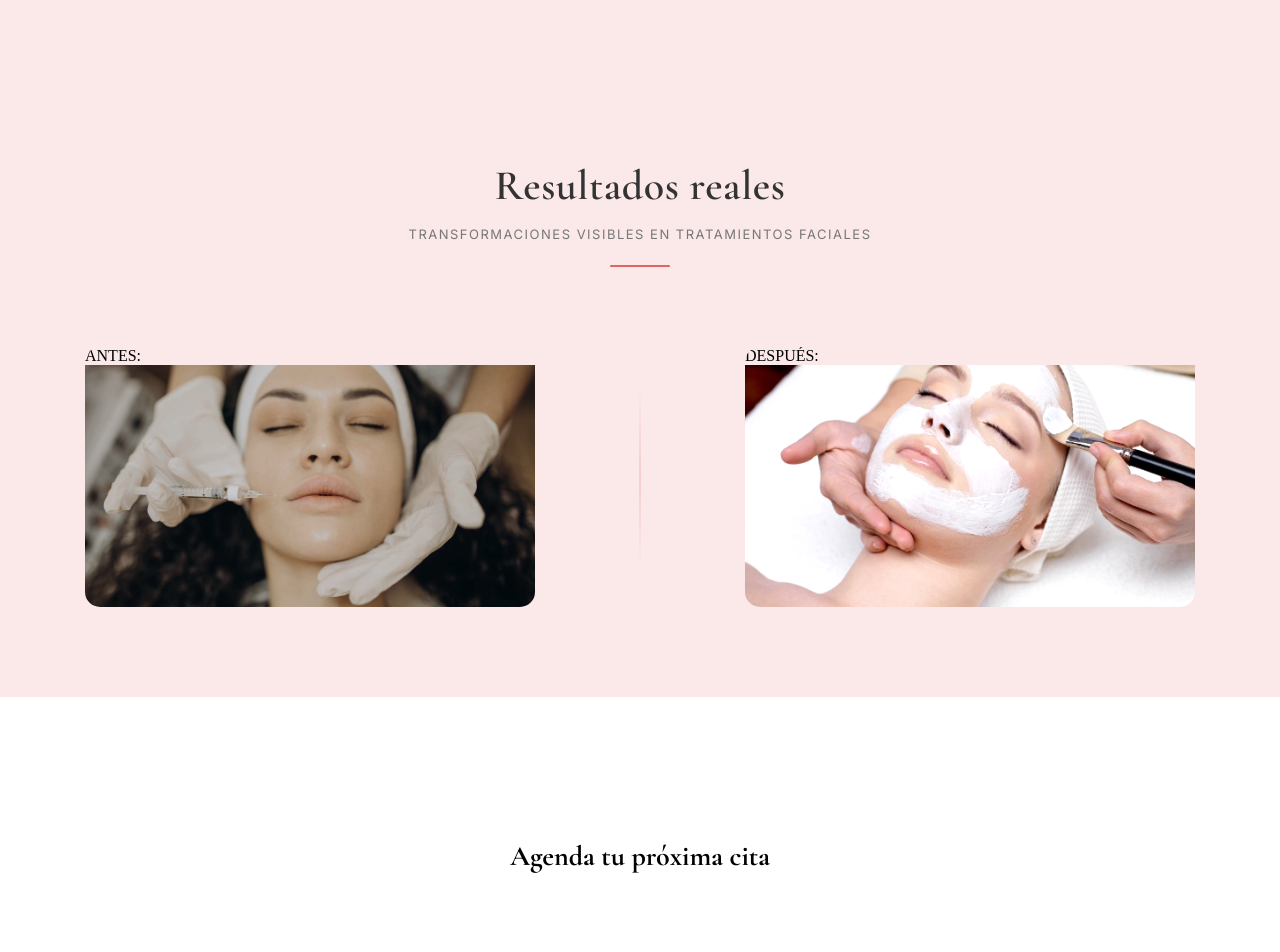
Repository: thiagobal1891-sudo/paginaweb
Page: index.html
These files come from the project's save history. The page is drawn as it stood at one moment and after the next save; the edit follows.
The browser window is 1280 px wide. The pictures show the part of the page from y = 1773 to 2725 px (the page is 3729 px tall).
Pictures or frames that could not be fetched are drawn as grey boxes. Some web fonts or font styles are not loaded; a fallback is used.

Above is the page before, as saved 2026-03-10 21:43:39.
Console error: ReferenceError: emailjs is not defined

### index.html
<!DOCTYPE html>
<html lang="es">

<head>
  <meta charset="UTF-8">
  <meta name="viewport" content="width=device-width, initial-scale=1.0">
  <title>Fabiana Cosmetóloga</title>

  <!-- 🎨 Estilos locales -->
  <link rel="stylesheet" href="css/style.css">

  <!-- 🪶 Tipografías -->
  <link rel="preconnect" href="https://fonts.googleapis.com">
  <link rel="preconnect" href="https://fonts.gstatic.com" crossorigin>
  <link
    href="https://fonts.googleapis.com/css2?family=Melodrama:wght@400;500;600;700&family=Inter:wght@100..900&family=Poppins:wght@100..900&family=Cormorant+Garamond:wght@300..700&display=swap"
    rel="stylesheet">

  <!-- ⭐ Font Awesome -->
  <link rel="stylesheet" href="https://cdnjs.cloudflare.com/ajax/libs/font-awesome/6.5.0/css/all.min.css"
    crossorigin="anonymous" referrerpolicy="no-referrer" />
</head>

<body>
  <header>
    <div class="container">
      <a href="/" class="logo">
        <img src="media/logo.png" alt="Logo de la marca">
      </a>
      <nav>
        <a href="pages/servicios.html">SERVICIOS</a>
        <a href="pages/agenda.html">AGENDA</a>
        <a href="pages/info.html">INFO</a>
        <a href="pages/contacto.html">CONTACTO</a>
      </nav>
    </div>
  </header>

  <section id="hero" class="appear">
    <h1>Mejora tu piel</h1>
    <form action="#agenda-ya">
      <button>AGENDATE</button>
    </form>
  </section>


  <section id="Tratamientos" class="appear">
  <div class="container">
<div class="section-title">
  <h2>Tratamientos</h2>
  <p>Cuidado profesional para tu piel</p>
</div>
    <div class="carousel-wrapper">

      <div class="arrow left">&#10094;</div>
      <div class="carta-tratamientos">

        <div class="carta">
          <h3>PEELING QUIMICO</h3>
          <p class="info_carta">El peeling químico es un tratamiento estético que utiliza sustancias especiales para exfoliar la piel de forma controlada.
          Ayuda a eliminar células muertas, mejorar la textura, atenuar manchas, marcas de acné y líneas finas, dejando la piel más uniforme, luminosa y renovada.
          <br>Es un procedimiento seguro, que realizado por un profesional y se adapta según el tipo de piel y la necesidad de cada persona.</p>
          <h3>Beneficios:</h3>
          <ul>•Elimina manchas</ul>
          <ul>•Empareja el tono y textura de la piel</ul>
          <ul>•Elimina arrugas finas</ul>
          <ul>•Minimiza surcos y líneas de expresión</ul>
          <ul>•Minimiza y elimina cicatrices, marcas y estrías</ul>
          <ul>•Reduce el tamaño de los poros ganando luminosidad y mejorando la hidratación</ul>
        </div>

        <div class="carta">
          <h3>DERMAPLANING</h3>
          <p class="info_carta">El dermaplaning es un tratamiento estético que consiste en exfoliar la capa superficial de la piel utilizando una herramienta especial y estéril. El procedimiento elimina células muertas y el vello fino del rostro, dejando la piel más suave, luminosa y uniforme.
          Es un tratamiento indoloro, no invasivo y apto para la mayoría de los tipos de piel. <br> Además, mejora la absorción de productos y potencia los resultados de otros tratamientos faciales.</p>
                  <h3>Beneficios:</h3>
                  <ul>•Mejora la textura y suavidad de la piel</ul>
                  <ul>•Aporta mayor luminosidad inmediata</ul>
                  <ul>•Favorece una mejor absorción de cosméticos</ul>
                  <ul>•Ayuda a atenuar líneas finas superficiales</ul>
                  <ul>•Permite que el maquillaje se vea más uniforme</ul>
        </div>

        <div class="carta">
          <h3>RADIOFRECUENCIA</h3>
                  <p class="info_carta">La radiofrecuencia facial es un tratamiento estético no invasivo que utiliza ondas electromagnéticas para generar calor en las capas profundas de la piel. Este calor estimula la producción natural de colágeno y elastina, ayudando a mejorar la firmeza y elasticidad del rostro.
                  <br>Es un procedimiento seguro y confortable, ideal para combatir la flacidez y los signos del envejecimiento sin necesidad de cirugía ni tiempo de recuperación.</p>
                  <h3>Beneficios:</h3>
                  <ul>•Mejora la firmeza y tonicidad de la piel</ul>
                  <ul>•Estimula la producción de colágeno</ul>
                  <ul>•Reduce la apariencia de arrugas y líneas de expresión</ul>
                  <ul>•Mejora el contorno facial</ul>
                  <ul>•Aporta un efecto tensor progresivo y natural</ul>
        </div>

        <div class="carta">
          <h3>ALTA FRECUENCIA</h3>
                  <p class="info_carta">La alta frecuencia es un tratamiento estético que utiliza corrientes eléctricas suaves para oxigenar la piel, estimular la circulación y mejorar su aspecto general. Se aplica mediante un electrodo de vidrio que produce una leve chispa controlada, generando un efecto bactericida y descongestivo.
                  <br>Es especialmente recomendado para pieles con acné, exceso de grasa o poros dilatados, ya que ayuda a purificar y equilibrar la piel sin causar molestias.</p>
                  <h3>Beneficios:</h3>
                  <ul>•Tiene efecto bactericida, ideal para pieles acneicas</ul>
                  <ul>•Reduce la inflamación y enrojecimiento</ul>
                  <ul>•Mejora la circulación y oxigenación de la piel</ul>
                  <ul>•Ayuda a cicatrizar pequeñas lesiones</ul>
                  <ul>•Regula el exceso de grasa y cierra los poros</ul>
        </div>

        <div class="carta">
          <h3>MICRODERMOABRASIÓN</h3>
                  <p class="info_carta">La microdermoabrasión es un tratamiento estético que exfolia la piel de manera mecánica y controlada, eliminando células muertas de la capa superficial. Se realiza con un equipo especializado que ayuda a renovar la piel y estimular la regeneración celular.
                  <br>Es un procedimiento no invasivo, seguro y apto para distintos tipos de piel, ideal para mejorar la textura, luminosidad y apariencia general del rostro.</p>
                  <h3>Beneficios:</h3>
                  <ul>•Elimina células muertas y renueva la piel</ul>
                  <ul>•Mejora la textura y suavidad del rostro</ul>
                  <ul>•Atenúa manchas superficiales y marcas leves de acné</ul>
                  <ul>•Reduce la apariencia de poros dilatados</ul>
                  <ul>•Estimula la regeneración celular y aporta luminosidad</ul>
        </div>

        <div class="carta">
          <h3>DERMAPEN</h3>
                  <p class="info_carta">El Dermapen es un tratamiento estético que utiliza un dispositivo con microagujas para realizar pequeñas punciones controladas en la piel. Estas microperforaciones estimulan la producción natural de colágeno y elastina, favoreciendo la regeneración y mejorando la calidad de la piel.
                  <br>Es un procedimiento mínimamente invasivo que <br> se adapta según la necesidad de cada persona, y puede aplicarse en rostro y otras zonas para tratar diferentes imperfecciones.</p>
                  <h3>Beneficios:</h3>
                  <ul>•Estimula la producción de colágeno y elastina</ul>
                  <ul>•Mejora la textura y firmeza de la piel</ul>
                  <ul>•Atenúa cicatrices de acné y marcas</ul>
                  <ul>•Reduce líneas finas y arrugas</ul>
                  <ul>•Mejora la apariencia de manchas y poros dilatados</ul>
        </div>

                <div class="carta">
          <h3>ELECTROPORACIÓN</h3>
                  <p class="info_carta">La electroporación es un tratamiento estético no invasivo que utiliza impulsos eléctricos suaves para facilitar la penetración de principios activos en las capas más profundas de la piel, sin necesidad de agujas. Este proceso mejora la absorción de nutrientes, vitaminas y ácido hialurónico, potenciando los resultados del tratamiento.
                  <br>Es una técnica indolora y segura, ideal para revitalizar la piel y mejorar su aspecto de manera efectiva.</p>
                  <h3>Beneficios:</h3>
                  <ul>•Favorece la penetración profunda de activos</ul>
                  <ul>•Mejora la hidratación y nutrición de la piel</ul>
                  <ul>•Aporta mayor luminosidad y vitalidad</ul>
                  <ul>•Potencia los resultados de otros tratamientos</ul>
                  <ul>•Es un procedimiento no invasivo y sin tiempo de recuperación</ul>
        </div>
      </div>
      <div class="arrow right">&#10095;</div>
    </div>
  </div>
  </section>

  <section id="infocosmet" class="appear">
    <div class="carousel_infocosmet">
<div class="section-title">
  <h2>Resultados reales</h2>
  <p>Transformaciones visibles en tratamientos faciales</p>
</div>
<div class="carousel-track">
  <div class="slide">
    <div class="img-wrapper">
      <span class="label top">ANTES:</span>
      <img src="media/Tratamientos-2.jpg" alt="">

    </div>
    <div class="img-wrapper">
      <span class="label bottom">DESPUÉS:</span>
      <img src="media/Tratamientos-3.jpg" alt="">

    </div>
  </div>

  <div class="slide">
    <div class="img-wrapper">
      <span class="label top">ANTES:</span>
      <img src="media/Tratamientos-2.jpg" alt="">

    </div>
    <div class="img-wrapper">
      <span class="label bottom">DESPUÉS:</span>
      <img src="media/Tratamientos-3.jpg" alt="">

    </div>
  </div>

  <div class="slide">
    <div class="img-wrapper">
        <span class="label top">ANTES:</span>
      <img src="media/Tratamientos-2.jpg" alt="">

    </div>
    <div class="img-wrapper">
      <span class="label bottom">DESPUÉS:</span>
      <img src="media/Tratamientos-3.jpg" alt="">

    </div>
  </div>

    <div class="slide">
    <div class="img-wrapper">
          <span class="label top">ANTES:</span>
      <img src="media/Tratamientos-2.jpg" alt="">

    </div>
    <div class="img-wrapper">
      <span class="label bottom">DESPUÉS:</span>
      <img src="media/Tratamientos-3.jpg" alt="">

    </div>
  </div>

<div class="slide">
  <div class="img-wrapper">
    <span class="label top">ANTES:</span>
    <img src="media/Tratamientos-2.jpg" alt="">
  </div>

  <div class="img-wrapper">
    <span class="label bottom">DESPUÉS:</span>
    <img src="media/Tratamientos-3.jpg" alt="">
  </div>
</div>
  </div>

</div>
</div>
  </section>








  <section id="agenda-ya" class="appear">
    <h2>Agenda tu próxima cita</h2>
      <iframe
    src="https://calendar.google.com/calendar/appointments/schedules/AcZssZ2eKdgVxdvbgrkUTVsqOwalHssheLS5kVcqAfOLuK-u68fTKpPQHXKQoJWOc8hcPsaKt-rAaWGU?gv=true"
    style="border: 0"
    width="100%"
    height="600"
    frameborder="0">
  </iframe>
<div id="google-calendar-button"></div>

</section>






<footer class="footer">
  <div class="footer-container">

    <!-- Marca -->
    <div class="footer-brand">
      <h3>Fabiana Cosmetóloga</h3>
      <p>Cuidado profesional para tu piel</p>
    </div>

    <!-- Links internos -->
    <div class="footer-links">
      <a href="../index.html">Inicio</a>
      <a href="pages/servicios.html">Servicios</a>
      <a href="pages/agenda.html">Agenda</a>
      <a href="pages/info.html">Info</a>
      <a href="pages/contacto.html">Contacto</a>
    </div>

    <!-- Redes -->
    <div class="footer-social">
      <a href="https://wa.me/59894623252" target="_blank">
        <i class="fa-brands fa-whatsapp"></i>
      </a>
      <a href="https://www.instagram.com/fabicosmetologa" target="_blank">
        <i class="fa-brands fa-instagram"></i>
      </a>
    </div>

  </div>

  <div class="footer-bottom">
    <p>© 2026 Fabiana Cosmetóloga · Todos los derechos reservados</p>
  </div>
</footer>

  <!-- 📧 EmailJS -->
  <script src="https://cdn.jsdelivr.net/npm/emailjs-com@3/dist/email.min.js"></script>

  <!-- 🧠 Archivo JS externo -->
  <script src="script.js" defer></script>

<a href="https://wa.me/59894623252" class="whatsapp-float" target="_blank">
<i class="fa-brands fa-whatsapp"></i>
</a>
</body>

</html>

Loaded but not shown: script.js (120 lines, source omitted); css/style.css (1153 lines, source omitted)

After the next save:
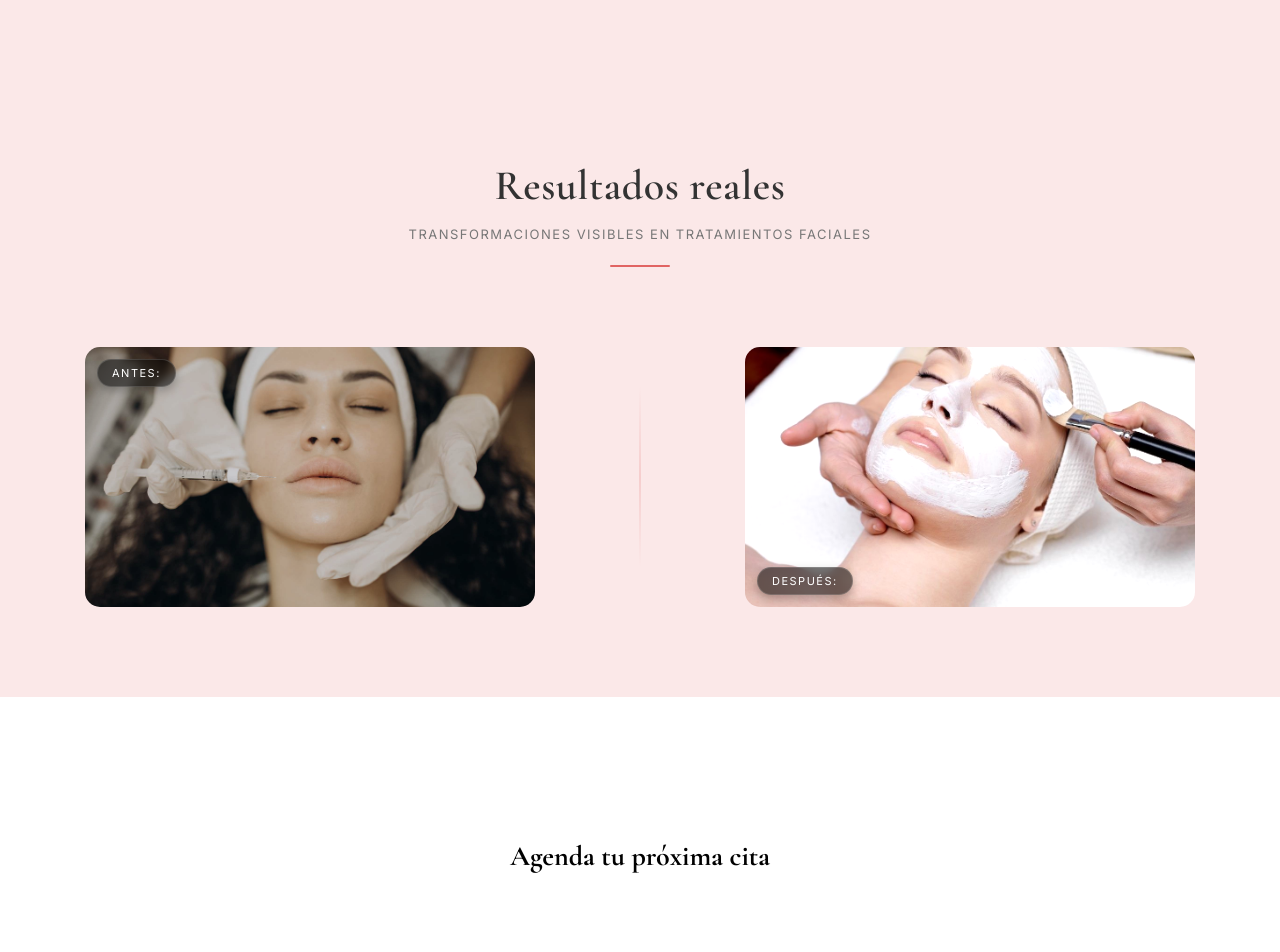
Saved 16 s later.
--- a/index.html
+++ b/index.html
@@ -155,12 +155,12 @@
 <div class="carousel-track">
   <div class="slide">
     <div class="img-wrapper">
-      <span class="label top">ANTES:</span>
-      <img src="media/Tratamientos-2.jpg" alt="">
-
-    </div>
-    <div class="img-wrapper">
-      <span class="label bottom">DESPUÉS:</span>
+      <span class="badge top">ANTES:</span>
+      <img src="media/Tratamientos-2.jpg" alt="">
+
+    </div>
+    <div class="img-wrapper">
+      <span class="badge bottom">DESPUÉS:</span>
       <img src="media/Tratamientos-3.jpg" alt="">
 
     </div>
@@ -168,12 +168,12 @@
 
   <div class="slide">
     <div class="img-wrapper">
-      <span class="label top">ANTES:</span>
-      <img src="media/Tratamientos-2.jpg" alt="">
-
-    </div>
-    <div class="img-wrapper">
-      <span class="label bottom">DESPUÉS:</span>
+      <span class="badge top">ANTES:</span>
+      <img src="media/Tratamientos-2.jpg" alt="">
+
+    </div>
+    <div class="img-wrapper">
+      <span class="badge bottom">DESPUÉS:</span>
       <img src="media/Tratamientos-3.jpg" alt="">
 
     </div>
@@ -181,12 +181,12 @@
 
   <div class="slide">
     <div class="img-wrapper">
-        <span class="label top">ANTES:</span>
-      <img src="media/Tratamientos-2.jpg" alt="">
-
-    </div>
-    <div class="img-wrapper">
-      <span class="label bottom">DESPUÉS:</span>
+        <span class="badge top">ANTES:</span>
+      <img src="media/Tratamientos-2.jpg" alt="">
+
+    </div>
+    <div class="img-wrapper">
+      <span class="badge bottom">DESPUÉS:</span>
       <img src="media/Tratamientos-3.jpg" alt="">
 
     </div>
@@ -194,12 +194,12 @@
 
     <div class="slide">
     <div class="img-wrapper">
-          <span class="label top">ANTES:</span>
-      <img src="media/Tratamientos-2.jpg" alt="">
-
-    </div>
-    <div class="img-wrapper">
-      <span class="label bottom">DESPUÉS:</span>
+          <span class="badge top">ANTES:</span>
+      <img src="media/Tratamientos-2.jpg" alt="">
+
+    </div>
+    <div class="img-wrapper">
+      <span class="badge bottom">DESPUÉS:</span>
       <img src="media/Tratamientos-3.jpg" alt="">
 
     </div>
@@ -207,12 +207,12 @@
 
 <div class="slide">
   <div class="img-wrapper">
-    <span class="label top">ANTES:</span>
+    <span class="badge top">ANTES:</span>
     <img src="media/Tratamientos-2.jpg" alt="">
   </div>
 
   <div class="img-wrapper">
-    <span class="label bottom">DESPUÉS:</span>
+    <span class="badge bottom">DESPUÉS:</span>
     <img src="media/Tratamientos-3.jpg" alt="">
   </div>
 </div>
